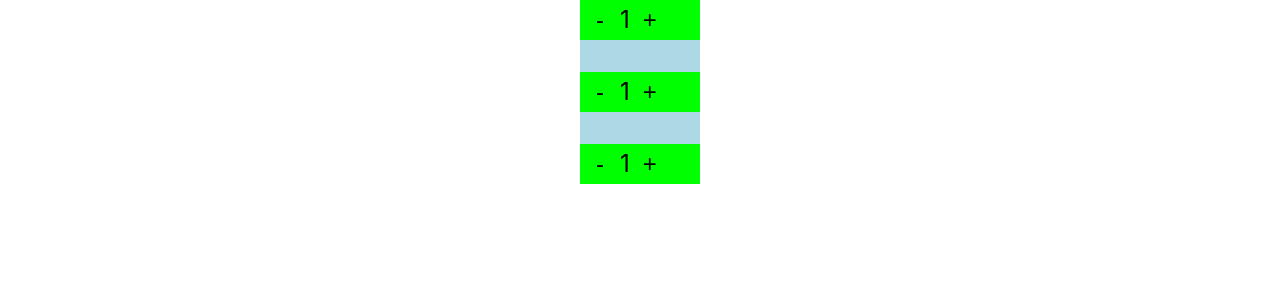
Repository: max535/test-task-netrika
Page: /
These files come from the project's save history. The page is drawn as it stood at one moment and after the next save; the edit follows.
The browser window is 1280 px wide. The pictures show the whole page.
The project was rebuilt for these pictures with package versions that can differ from the ones it lists, and the page was loaded fresh each time.

Above is the page before, as saved 2021-10-16 07:05:34.

After the next save:
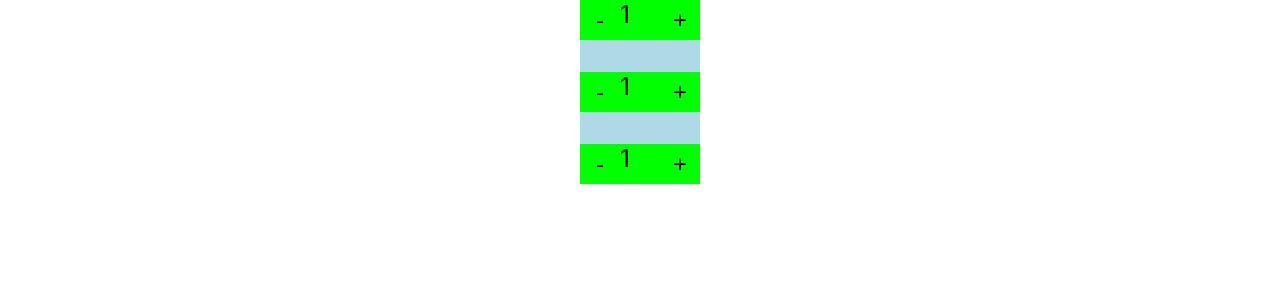
Saved 82 s later.
--- a/src/Counter/Counter.css
+++ b/src/Counter/Counter.css
@@ -10,6 +10,9 @@
 
 
 .Counter {
+    display: flex;
+    flex-direction: row;
+    justify-content: space-between;
    width: 120px;
    height: 40px;
    background-color: lime;
